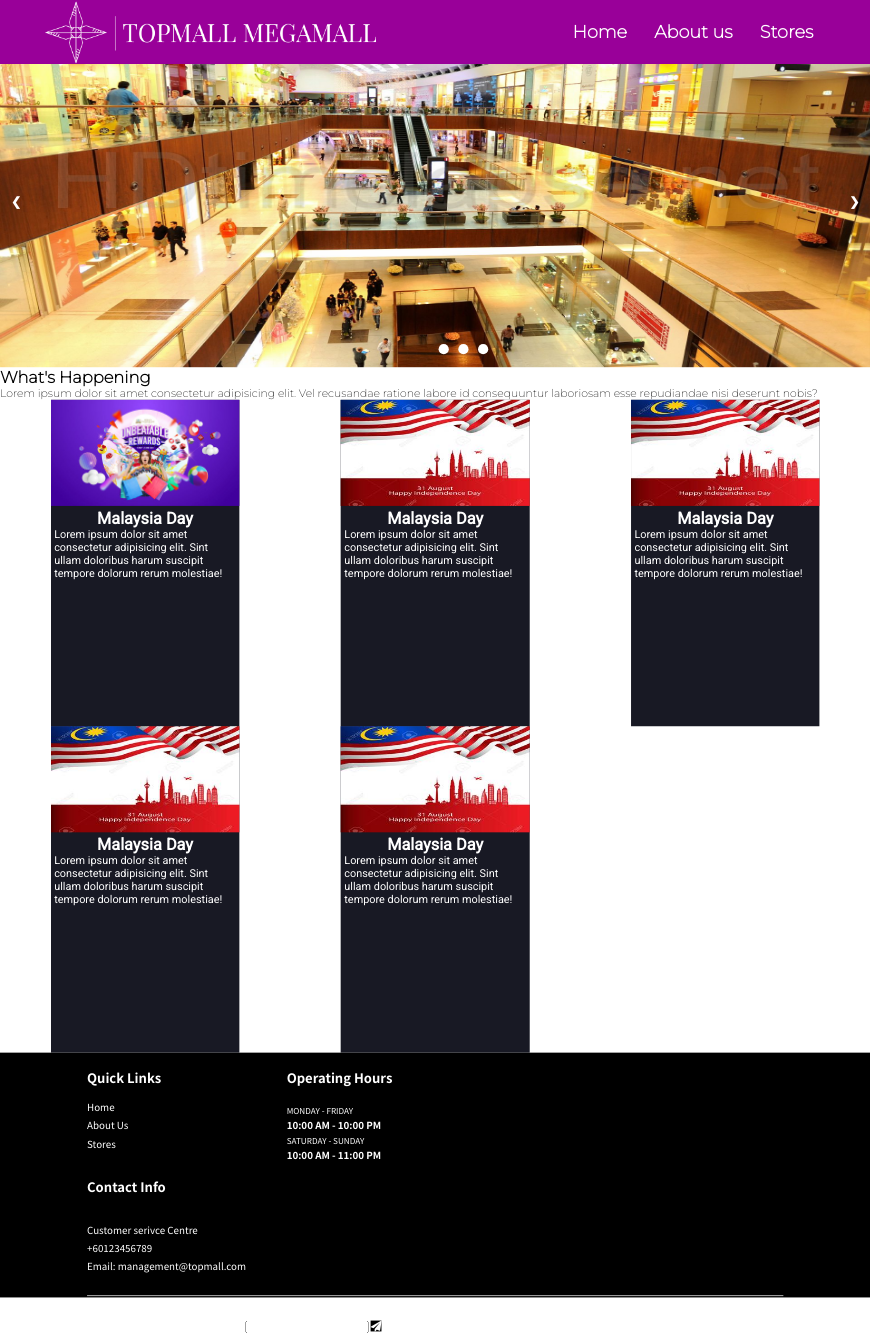
Repository: Jack0Bong/Web-Dev-Assignment
Page: index.html
These files come from the project's save history. The page is drawn as it stood at one moment and after a run of saves; the edit follows.
The browser window is 1280 px wide. The pictures show the whole page, at 68% of full size.

Above is the page before, as saved 2021-09-02 01:53:02.

### index.html
<!DOCTYPE html>
<html lang="en">
    <head>
        <meta charset="UTF-8">
        <meta http-equiv="X-UA-Compatible" content="IE=edge">
        <meta name="viewport" content="width=device-width, initial-scale=1.0">
        <title>Topmall Megamall</title>

        <!-- fonts link -->
        <link href="https://fonts.googleapis.com/css2?family=Montserrat:wght@200&display=swap" rel="stylesheet">
        <link href="https://fonts.googleapis.com/css2?family=Pacifico&display=swap" rel="stylesheet">
        <link href="https://fonts.googleapis.com/css2?family=Caveat&family=Pacifico&display=swap" rel="stylesheet">
        <link href="https://fonts.googleapis.com/css2?family=Roboto&display=swap" rel="stylesheet">
        <link href="https://fonts.googleapis.com/css2?family=Poppins:wght@200&display=swap" rel="stylesheet">
        <link href="https://fonts.googleapis.com/css2?family=Noto+Sans+TC:wght@300&display=swap" rel="stylesheet">

        <!-- icon link -->
        <link rel="stylesheet" href="https://cdnjs.cloudflare.com/ajax/libs/font-awesome/4.7.0/css/font-awesome.min.css">

        <!-- style sheets link -->
        <link rel="stylesheet" href="css/navbar.css">
        <link rel="stylesheet" href="css/index.css">
    </head>
<body>
    <!-- navigation bar -->
    <nav class="nav">
        <img src="Assets/topmall-white.png" alt="Topmall" class="logo">
        <ul class="navlist">
            <!-- links added here -->
            <li><a href="" class="navlink">Home</a></li>
            <li><a href="" class="navlink">About us</a></li>
            <li><a href="" class="navlink">Stores</a></li>
        </ul>
    </nav>

    <!-- carousel with three images -->
    <section>
        <div class="carousel">

            <div class="slides fade">
                <img src="Assets/slide-one.jpg" alt="">
                <div class="slideText">Slide One</div>
            </div>

            <div class="slides fade">
                <img src="Assets/slide-two.jpg" alt="">
                <div class="slideText">Slide One</div>
            </div>

            <div class="slides fade">
                <img src="Assets/slide-three.jpg" alt="">
                <div class="slideText">Slide One</div>
            </div>

            <a onclick="slideController(-1)" class="prevslide">&#10094;</a>
            <a onclick="slideController(1)" class="nextslide">&#10095;</a>

            <div class="slidedot">
                <span onclick="dotController(1)" class="dot"></span>
                <span onclick="dotController(2)" class="dot"></span>
                <span onclick="dotController(3)" class="dot"></span>
            </div>

        </div>
    </section>

    <section class="events-section">
        <div class="event-title">
            <h1>What's Happening</h1>
            <span>Lorem ipsum dolor sit amet consectetur adipisicing elit. Vel recusandae ratione labore id consequuntur laboriosam esse repudiandae nisi deserunt nobis?</span>
        </div>

        <div class="card-view">

            <div class="card">
                <img src="Assets/event-two.jpg" alt="">
                <h2>Malaysia Day</h2>
                <p>Lorem ipsum dolor sit amet consectetur adipisicing elit. Sint ullam doloribus harum suscipit tempore dolorum rerum molestiae!</p>
            </div>
            <div class="card">
                <img src="Assets/event-one.jpg" alt="">
                <h2>Malaysia Day</h2>
                <p>Lorem ipsum dolor sit amet consectetur adipisicing elit. Sint ullam doloribus harum suscipit tempore dolorum rerum molestiae!</p>
            </div>
            <div class="card">
                <img src="Assets/event-one.jpg" alt="">
                <h2>Malaysia Day</h2>
                <p>Lorem ipsum dolor sit amet consectetur adipisicing elit. Sint ullam doloribus harum suscipit tempore dolorum rerum molestiae!</p>
            </div>
            <div class="card">
                <img src="Assets/event-one.jpg" alt="">
                <h2>Malaysia Day</h2>
                <p>Lorem ipsum dolor sit amet consectetur adipisicing elit. Sint ullam doloribus harum suscipit tempore dolorum rerum molestiae!</p>
            </div>
            <div class="card">
                <img src="Assets/event-one.jpg" alt="">
                <h2>Malaysia Day</h2>
                <p>Lorem ipsum dolor sit amet consectetur adipisicing elit. Sint ullam doloribus harum suscipit tempore dolorum rerum molestiae!</p>
            </div>

        </div>
    </section>


    <!-- footer element -->
    <footer>
        <div class="footer-upper">
            <div class="footer-content">
                <h1 class="footer-title">Quick Links</h1>
                <a href="">Home</a>
                <a href="">About Us</a>
                <a href="">Stores</a>
            </div>
            <div class="footer-content">
                <h1 class="footer-title">Operating Hours</h1>
                <span style="font-size: 0.75em;">MONDAY - FRIDAY</span>
                <h2>10:00 AM - 10:00 PM</h2>
                <span style="font-size: 0.75em;">SATURDAY - SUNDAY</span>
                <h2>10:00 AM - 11:00 PM</h2>
            </div>
            <div class="footer-content">
                <h1 class="footer-title">Contact Info</h1>
                <span>Customer serivce Centre</span>
                <a href="tel:0123456789">+60123456789</a>
                <a href="mailto:someone@example.com">Email: management@topmall.com</a>
            </div>
            <hr>
        </div>
        <div class="footer-lower">
            <div class="footer-email">
                <span style="color: white;">Sign up for Topmall Newsletter</span>
                <form action="" method="post"> <input type="email" name="" id=""> <button type="submit" style="background-color:black;border:none;font-size: 0.5em;"><i class="fa fa-paper-plane"></i></button> </form>
            </div>
            <div class="footer-social">
                <a href="" class="fa fa-facebook-square"></a>
                <a href="" class="fa fa-twitter-square"></a>
                <a href="" class="fa fa-youtube-square"></a>
                <a href="" class="fa fa-instagram"></a>
                <a href="" class="fa fa-reddit"></a>
            </div>
        </div>
    </footer>


    <script src="Js/navbar.js"></script>
    <script src="Js/carousel.js"></script>
</body>
</html>

### css/navbar.css
*{
    padding: 0px;
    margin: 0px;
    box-sizing: border-box;
}

body{
    min-height: 100vh;
    display: flex;
    flex-direction: column;
}


/* Navigation bar style */
nav{
    position: fixed;
    width: 100%;
    height: 13vh;
    display: flex;
    justify-content: space-between;
    transition: 0.3s ease-in-out;
    background-color: #990099;
    opacity: 80%;
    z-index: 999;
}

nav:hover{
    width: 100%;
    height: 13vh;
    opacity: 100%;
}

.shrink{
    height: 9vh;
    background-color: #990099;
}

.logo{
    padding-left: 5vw;
}

.navlist{
    display: flex;
    align-items: center;
    padding-right: 5vw;
}

.navlist li{
    list-style: none;
    padding: 0px 20px;
}

.navlink{
    position: relative;
    color: white;
    font-size: 26px;
    font-weight: 700;
    text-decoration: none;
    font-family: montserrat;
}

.navlink:hover {
    color: white;
}

.navlink::before {
    content: "";
    position: absolute;
    display: block;
    width: 100%;
    height: 2px;
    bottom: 0;
    left: 0;
    background-color: white;
    transform: scaleX(0);
    transition: transform 0.3s ease;
  }

.navlink:hover::before {
    transform: scaleX(1);
}

.navbar-padding{
    width: 100%;
    height: 13vh;
}


/* footer styling */
footer{
    margin-top: auto;
    background-color: black;
    height: 50vh;
}

.footer-upper{
    width: 80%;
    display: flex;
    flex-direction: row;
    justify-content: start;
    margin-left: 10%;
    flex-wrap: wrap;
}

.footer-content{
    display: flex;
    flex-direction: column;
    margin-top: 3vh;
    color: white;
    font-family: 'Noto Sans TC', sans-serif;
    margin-right: 18%;
}

.footer-title{
    margin-bottom: 15%;
    font-size: 1.2em;
}

.footer-content a{
    font-size: 0.9em;
    text-decoration: none;
    color: white;
    padding: 3px 0px 3px 0px;
}

.footer-content span{
    padding: 3px 0px 3px 0px;
    font-size: 0.9em;
    font-family: 'Noto Sans TC', sans-serif;
}

.footer-content h2{
    font-size: 0.9em;
}

.footer-upper hr{
    margin: 3% 0px 3% 0px;
    flex-basis: 100%;
    border: none;
    border-top: 0.1px solid white;
}

.footer-lower{
    width: 80%;
    display: flex;
    flex-direction: row;
    justify-content: space-between;
    margin-left: 10%;
    flex-wrap: wrap;
}

.footer-email{
    font-family: 'Noto Sans TC', sans-serif;
}

.footer-email form{
    display: inline;
    width: fit-content;
}


.footer-social a{
    text-decoration: none;
}

.fa{
    color: white;
    font-size: 2em;
}

### css/index.css
/* Carousel css */
.carousel{
    position: relative;
    width: 100%;
    height: 75vh;
}

.slides{
    display: none;
    width: 100%;
    height: 100%;
}

.slides img{
    width: 100%;
    height: 100%;
}

.prevslide,.nextslide{
    position: absolute;
    top: 50%;
    width: auto;
    padding: 16px;
    color: white;
    font-weight: bold;
    font-size: 18px;
    transition: 0.6s ease;
    border-radius: 0 3px 3px 0;
    user-select: none;
}

.nextslide{
    right: 0%;
    border-radius: 3px 0 0 3px;
}

.slideText{
    display: none;
}

.slidedot{
    position: absolute;
    bottom: 10px;
    display: inline;
    margin-left: 50%;
}

.dot{
    position: relative;
    cursor: pointer;
    height: 15px;
    width: 15px;
    margin: 5px;
    background-color: white;
    border-radius: 50%;
    display: inline-block;
    transition: background-color 0.6s ease;
}

.active, .dot:hover{
    background-color: #bbb;
}

.fade {
    -webkit-animation-name: fade;
    -webkit-animation-duration: 1.5s;
    animation-name: fade;
    animation-duration: 1.5s;
  }

@-webkit-keyframes fade {
from {opacity: .4}
to {opacity: 1}
}

@keyframes fade {
from {opacity: .4}
to {opacity: 1}
}

/* Events section styling */
.events-section{
    width: 100%;
}

.event-title{
    font-family: Montserrat;
}

.card-view{
    display: grid;
    grid-template-columns: repeat(3, 1fr);
    grid-auto-rows: auto;
}

.card{
    margin: auto;
    width: 65%;
    min-height: 480px;
    background-color: #181924;
    color: white;
    font-family: roboto;
}

.card img{
    width: 100%;
    object-fit: cover;
}

.card h2{
    text-align: center;
}

.card p{
    text-overflow: clip;
    margin: 0px 5px 0px 5px;
}

### Js/navbar.js
window.addEventListener("scroll", (event) => {
    let scroll = this.scrollY;
    let navbar = document.querySelector('.nav');
    if(scroll >= 100){
        navbar.classList.add("shrink")
    }else{
        navbar.classList.remove("shrink");
    }
});

### Js/carousel.js
let slideIndex = 1;
displaySlide(slideIndex);


function slideController(n){
    displaySlide(slideIndex+= n)
}

function dotController(n){
    slideIndex = n;
    displaySlide(slideIndex);
}

function displaySlide(n){
    let slides = document.querySelectorAll(".slides");
    if(n > slides.length){ slideIndex = 1}
    if(n < 1){ slideIndex = 3}

    for(let i = 0; i < slides.length;i++){
        slides[i].style.display="none";
    }

    slides[slideIndex-1].style.display = "block";

}

After the next 3 saves:
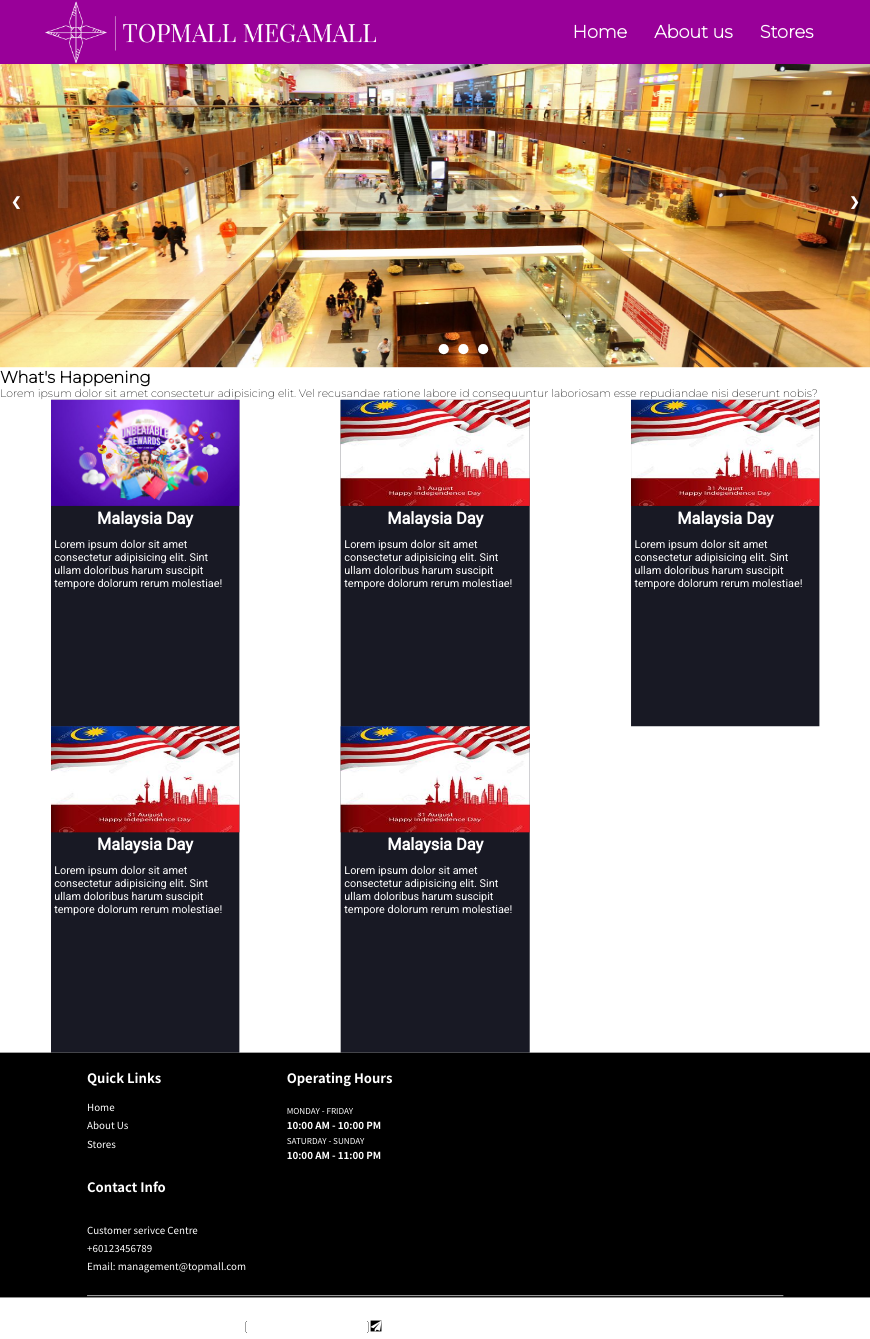
The 3 saves are shown as one change because they came seconds apart.
The last was saved 14 s later.
--- a/css/index.css
+++ b/css/index.css
@@ -113,5 +113,5 @@ to {opacity: 1}
 
 .card p{
     text-overflow: clip;
-    margin: 0px 5px 0px 5px;
+    margin: 15px 5px 0px 5px;
 }
